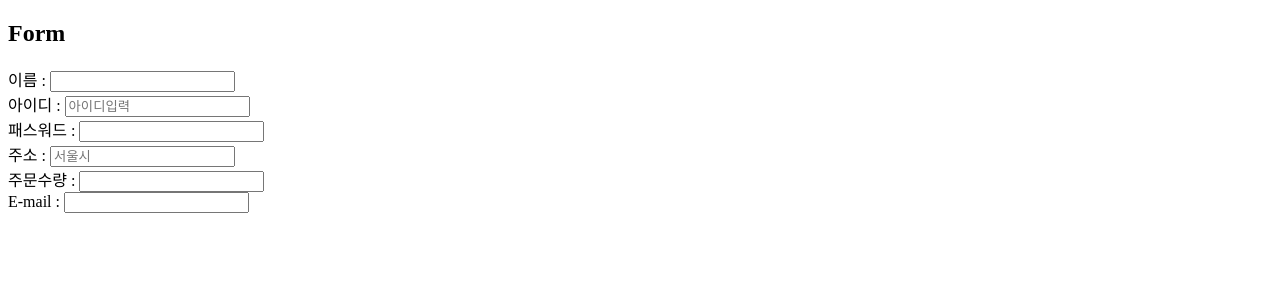
Repository: star-min/jsp_basic
Page: jsp1/web01/src/main/webapp/form.html
The author's editor kept a copy of each file at every save. The page is drawn from the files as they stood at one save, then again after the next save.
The browser window is 1280 px wide. The pictures show the whole page.

Above is the page before, as saved 2022-04-22 05:11:37.

### jsp1/web01/src/main/webapp/form.html
<!DOCTYPE html>
<html>
<head>
<meta charset="UTF-8">
<title>From</title>
<style>

</style>
</head>
<body>
	<header>
		<h2>Form</h2>
	</header>
	<tbody>
		<div>
			<tr>
				<th>이름 : </th>
				<td>
					<input type="text" id="mname" name="mname" class="name">
					</br>
				</td>
			</tr>
			<tr>
				<th>아이디 : </th>
				<td>
					<input type="text" id="uid" name="uid" class="indata" placeholder="아이디입력" required>
					</br>
				</td>
			</tr>
			<tr>
				<th>패스워드 : </th>
				<td>
					<input type="password"  id="upw" name="upw" class="pw">
					</br>
				</td>
			</tr>
			<tr>
				<th>주소 : </th>
				<td>
					<input type="text" placeholder="서울시">
					</br>
				</td>
			</tr>
						<tr>
				<th>주문수량 : </th>
				<td>
					<input type="text" >
					</br>
				</td>
			</tr>
						<tr>
				<th>E-mail : </th>
				<td>
					<input type="text">
					</br>
				</td>
			</tr>
		</div>
	</tbody>
</body>
</html>

After the next save:
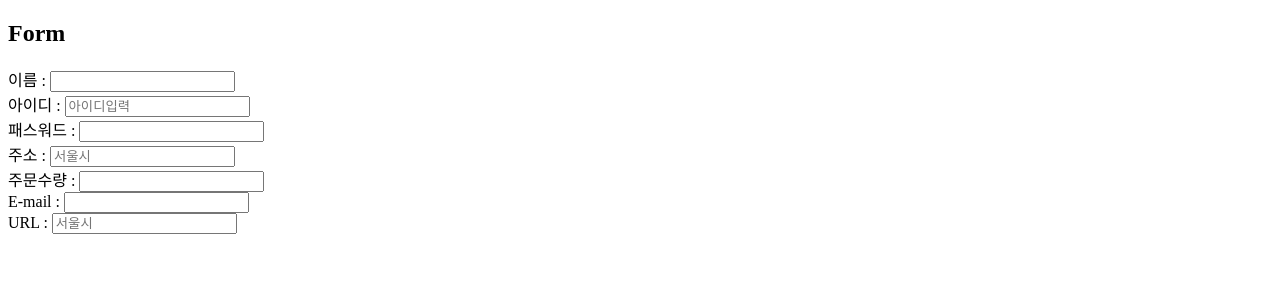
Saved 30 s later.
--- a/jsp1/web01/src/main/webapp/form.html
+++ b/jsp1/web01/src/main/webapp/form.html
@@ -41,17 +41,24 @@
 					</br>
 				</td>
 			</tr>
-						<tr>
+			<tr>
 				<th>주문수량 : </th>
 				<td>
 					<input type="text" >
 					</br>
 				</td>
 			</tr>
-						<tr>
+			<tr>
 				<th>E-mail : </th>
 				<td>
 					<input type="text">
+					</br>
+				</td>
+			</tr>
+			<tr>
+				<th>URL : </th>
+				<td>
+					<input type="text" placeholder="서울시">
 					</br>
 				</td>
 			</tr>
